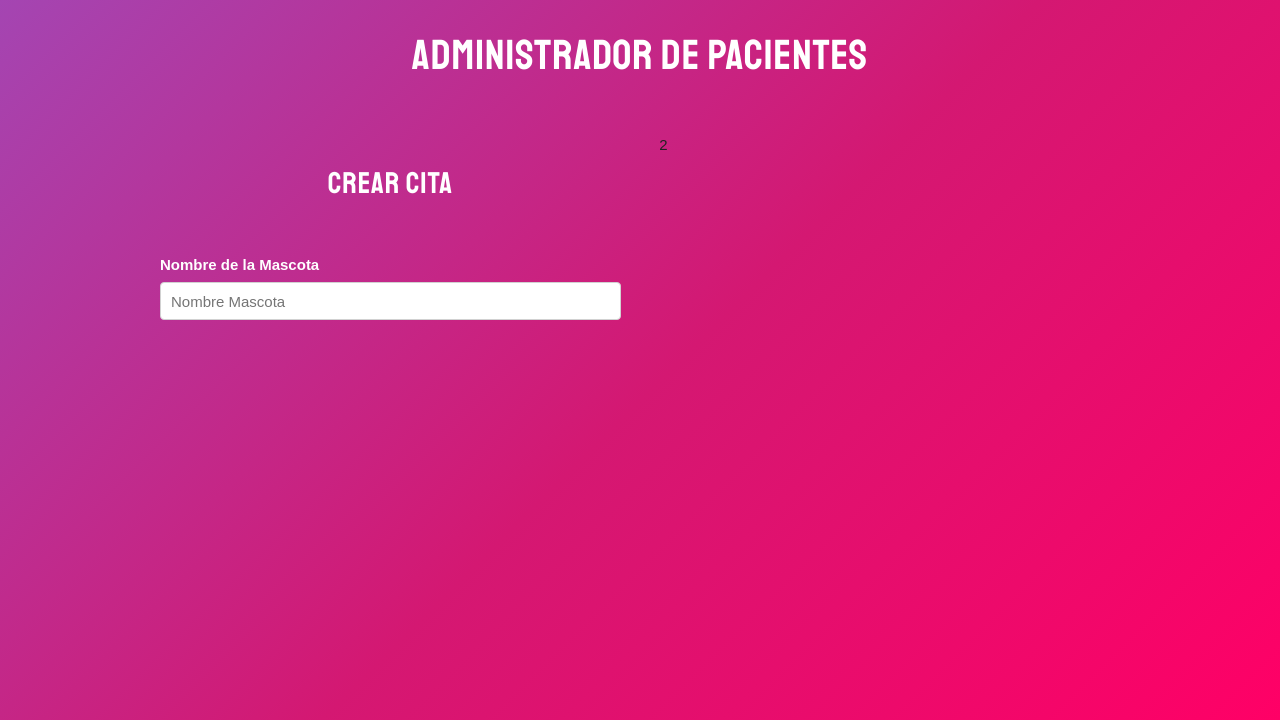
Repository: lmencos/pacientes
Page: /
An editor plug-in stored every save of this project. The page is shown before and after the next save, followed by the edit.
The browser window is 1280 px wide. The pictures show the whole page.
The project was rebuilt for these pictures with package versions that can differ from the ones it lists, and the page was loaded fresh each time.

Above is the page before, as saved 2020-08-10 17:46:44.

### src/index.css
html {
  min-height: 100%;
}
body {
  margin: 0;
  padding: 0;
  font-family: sans-serif;
  background-image: linear-gradient(-225deg, #A445B2 0%, #D41872 52%, #FF0066 100%);
  min-height: 100%;
  padding-bottom: 5rem;
}
h1, h2, h3, h4  {
  color: white;
  padding: 3rem 0;
  text-align: center;

  text-transform: uppercase;

  font-family: 'Staatliches', cursive;
  letter-spacing: 1px;
}
.lista-citas .media {
  border-bottom: 1px solid #e1e1e1;
  padding-bottom: 3rem;
}

.lista-citas .media:last-of-type{
  border-bottom: 0;
}
.lista-citas .media-body p {
  margin:0;
}
.lista-citas .media-body button {
  margin-top: 1rem!important;
}
.lista-citas .media-body span {
  font-weight: bold;
}

label {
  color: white;
}

input[type="date"],
input[type="time"] {
  height: 38px;
    padding: 6px 10px;
    background-color: #fff;
    border: 1px solid #D1D1D1;
    border-radius: 4px;
    box-shadow: none;
    box-sizing: border-box;
}

.cita {
  padding: 2rem;
  background: white;
  border-bottom: 1px solid #e1e1e1;
  color: black;
}

.cita p {
  font-weight: bold;
  margin-bottom: .8rem;
}
.cita p span {
  font-weight: normal;

}
.cita:first-of-type {
  border-top-left-radius: 1rem;
  border-top-right-radius: 1rem;
}
.cita:last-of-type {
  border-bottom-left-radius: 1rem;
  border-bottom-right-radius: 1rem;
}
.button.eliminar,
.button.eliminar:hover {
  background-color: #c10059;
  color: white;
  margin-top: 2rem;
}

.alerta-error {
  background-color: white;
  color: red;
  padding: 1rem;
  font-size: 2rem;
  text-transform: uppercase;
  text-align: center;
  font-family:  'Staatliches', cursive;
}

### src/App.js
import React, { Fragment } from 'react';
import Formulario from './components/Formulario';

function App() {
  return (
    <Fragment>
      <h2>Administrador de pacientes</h2>
      <div className="container">
        <div className="row">
          <div>
            <div className="one-half column">
              <Formulario

              />
            </div>
            <div className="one-half column">
              2
            </div>
          </div>
        </div>

      </div>
    </Fragment>
  );
}

export default App;

### src/components/Formulario.js
import React, { Fragment } from 'react';

const Formulario = () => {
  return (
    <Fragment>
      <h4>Crear cita</h4>
      <form action="">
        <label>Nombre de la Mascota</label>
        <input
          type="text"
          name="mascota"
          className="u-full-width"
          placeholder="Nombre Mascota"

        />
      </form>
    </Fragment>
   );
}

export default Formulario;

Loaded but not shown: public/index.html (common file); src/index.js (common file); src/serviceWorker.js (common file)

After the next save:
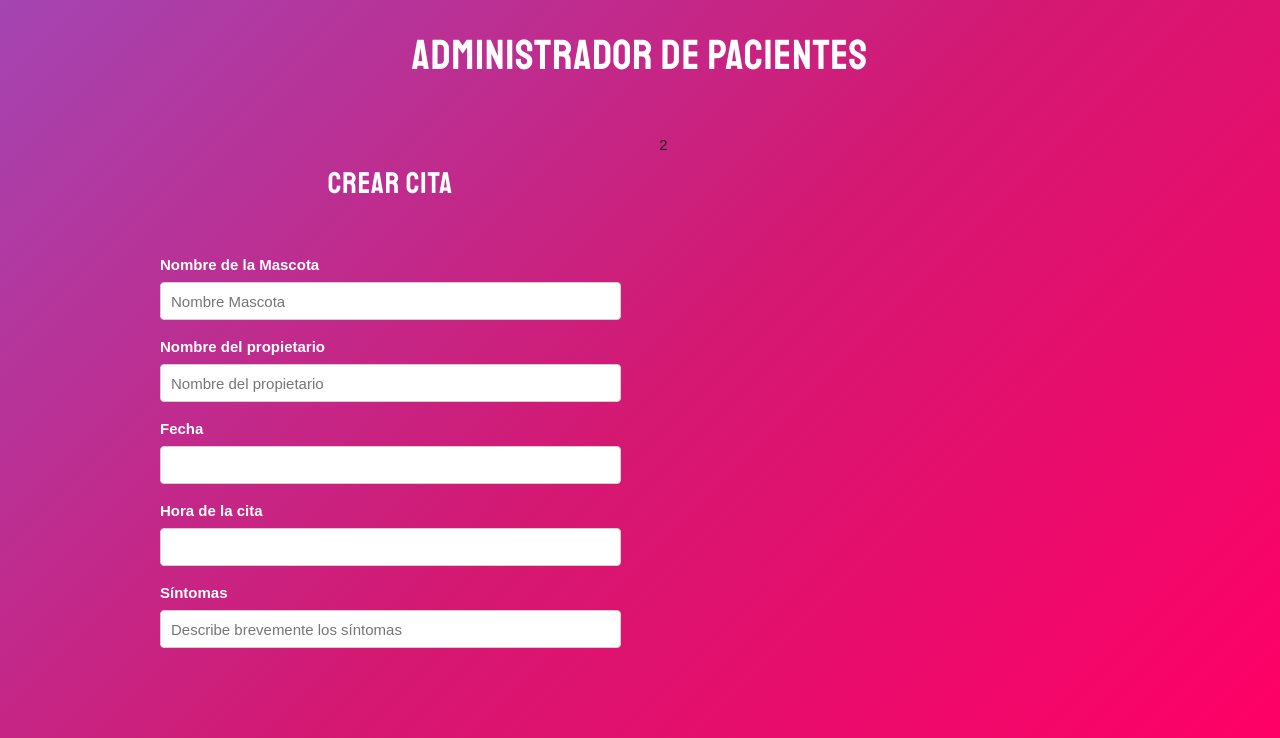
Saved 3 min 10 s later.
--- a/src/components/Formulario.js
+++ b/src/components/Formulario.js
@@ -11,7 +11,32 @@ const Formulario = () => {
           name="mascota"
           className="u-full-width"
           placeholder="Nombre Mascota"
-
+        />
+        <label>Nombre del propietario</label>
+        <input
+          type="text"
+          name="propietario"
+          className="u-full-width"
+          placeholder="Nombre del propietario"
+        />
+        <label>Fecha</label>
+        <input
+          type="text"
+          name="fecha"
+          className="u-full-width"
+        />
+        <label>Hora de la cita</label>
+        <input
+          type="text"
+          name="hora"
+          className="u-full-width"
+        />
+        <label>Síntomas</label>
+        <input
+          type="text"
+          name="sintomas"
+          className="u-full-width"
+          placeholder="Describe brevemente los síntomas"
         />
       </form>
     </Fragment>
